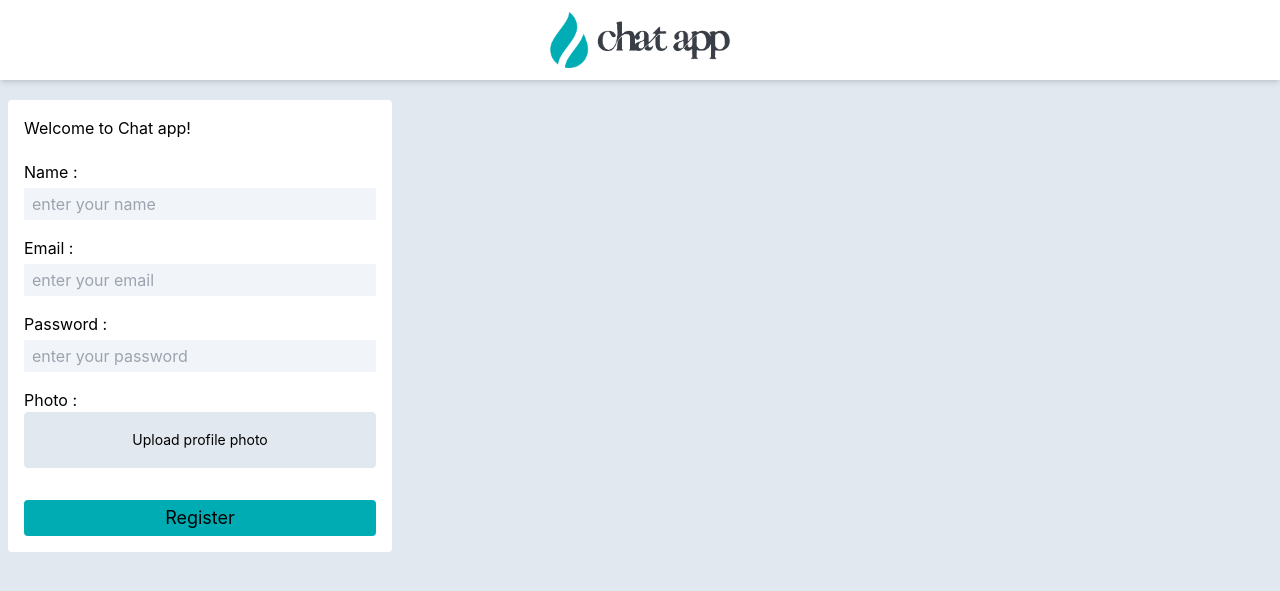
Repository: TharsikanV/chat-app
Page: /register (app in client/)
The author's editor kept a copy of each file at every save. The page is drawn from the files as they stood at one save, then again after a run of saves.
The browser window is 1280 px wide. The pictures show the whole page.
The project was rebuilt for these pictures with package versions that can differ from the ones it lists, and the page was loaded fresh each time. Also part of the build but not shown: client/src/App.css, client/src/pages/Home.js, client/src/components/MessagePage.js. Imported but missing from the stored project, and not drawn on this page: client/src/pages/CheckEmailPage, client/src/pages/CheckPasswordPage.

Above is the page before, as saved 2024-06-16 21:23:04.

### client/src/index.js
import React from 'react';
import ReactDOM from 'react-dom/client';
import './index.css';
import App from './App';
import reportWebVitals from './reportWebVitals';
import { RouterProvider } from 'react-router-dom';
import router from './routes';

const root = ReactDOM.createRoot(document.getElementById('root'));
root.render(
  <React.StrictMode>
    <RouterProvider router={router}>
      <App />
    </RouterProvider>
  </React.StrictMode>
);

// If you want to start measuring performance in your app, pass a function
// to log results (for example: reportWebVitals(console.log))
// or send to an analytics endpoint. Learn more: https://bit.ly/CRA-vitals
reportWebVitals();

### client/src/index.css
@tailwind base;
@tailwind components;
@tailwind utilities;
body {
  margin: 0;
  font-family: -apple-system, BlinkMacSystemFont, 'Segoe UI', 'Roboto', 'Oxygen',
    'Ubuntu', 'Cantarell', 'Fira Sans', 'Droid Sans', 'Helvetica Neue',
    sans-serif;
  -webkit-font-smoothing: antialiased;
  -moz-osx-font-smoothing: grayscale;
  @apply bg-slate-200
}

code {
  font-family: source-code-pro, Menlo, Monaco, Consolas, 'Courier New',
    monospace;
}

### client/src/App.js
import { Outlet } from 'react-router-dom';
import './App.css';

function App() {
  return (
   <main>
    <Outlet/>
   </main>
  );
}

export default App;

### client/src/routes/index.js
import { createBrowserRouter } from "react-router-dom";
import App from "../App";
import RegisterPage from "../pages/RegisterPage";
import CheckEmailPage from "../pages/CheckEmailPage";
import CheckPasswordPage from "../pages/CheckPasswordPage";
import Home from "../pages/Home";
import MessagePage from "../components/MessagePage";
import AuthLayouts from "../layout";

const router=createBrowserRouter([
    {
        path:"/",
        element:<App/>,
        children:[
            {
                path:"register",
                element:<AuthLayouts><RegisterPage/></AuthLayouts>
            },
            {
                path:'email',
                element:<AuthLayouts><CheckEmailPage/></AuthLayouts>
            },
            {
                path:'password',
                element:<AuthLayouts><CheckPasswordPage/></AuthLayouts>
            },
            {
                path:"",
                element:<Home/>,
                children:[
                    {
                        path:':userId',
                        element:<MessagePage/>
                    }
                ]
            }
        ]
    }
])


export default router

### client/src/pages/RegisterPage.js
import React, { useState } from 'react'
import { IoClose } from "react-icons/io5";

const RegisterPage = () => {
  const [data,setData] = useState({
    name : "",
    email : "",
    password : "",
    profile_pic : ""
  })
  const [uploadPhoto,setUploadPhoto] = useState("")
  const handleOnChange = (e)=>{
    const { name, value} = e.target

    setData((preve)=>{
      return{
          ...preve,
          [name] : value
      }
    })
  }

  const handleUploadPhoto=(e)=>{
    const file=e.target.files[0]

    setUploadPhoto(file)
  }

  const handleClearUploadPhoto=(e)=>{
    e.stopPropagation()
    e.preventDefault()
    setUploadPhoto(null)
  }

  const handleSubmit=(e)=>{
    e.preventDefault()
    e.stopPropagation()
  }

  return (
    <div className='mt-5'>
      <div className='bg-white w-full max-w-sm  rounded overflow-hidden p-4 mx-2'>
        <h3>Welcome to Chat app!</h3>
        <form className='grid gap-4 mt-5' onSubmit={handleSubmit}>
        <div  className='flex flex-col gap-1'>
          <label htmlFor='name'>Name :</label>
          <input
            type='text'
            id='name'
            name='name'
            placeholder='enter your name'
            className='bg-slate-100 px-2 py-1 focus:outline-primary'
            value={data.name}
            onChange={handleOnChange}
            required
          />
        </div>
        <div className='flex flex-col gap-1'>
                <label htmlFor='email'>Email :</label>
                <input
                  type='email'
                  id='email'
                  name='email'
                  placeholder='enter your email'
                  className='bg-slate-100 px-2 py-1 focus:outline-primary'
                  value={data.email}
                  onChange={handleOnChange}
                  required
                />
              </div>

              <div className='flex flex-col gap-1'>
                <label htmlFor='password'>Password :</label>
                <input
                  type='password'
                  id='password'
                  name='password'
                  placeholder='enter your password'
                  className='bg-slate-100 px-2 py-1 focus:outline-primary'
                  value={data.password}
                  onChange={handleOnChange}
                  required
                />
              </div>
              <div className='flex flex-col gap-1'>
                <label htmlFor='profile_pic'>Photo :
                <div className='h-14 bg-slate-200 flex justify-center items-center rounded border hover:border-primary cursor-pointer'>
                  <p className='text-sm max-w-[300px] text-ellipsis line-clamp-1'>
                    {
                      uploadPhoto?.name ? uploadPhoto?.name : "Upload profile photo"
                    }
                  </p>
                  {
                    uploadPhoto?.name && (
                      <button className='text-lg ml-2 hover:text-red-600' onClick={handleClearUploadPhoto}>
                        <IoClose/>
                      </button>
                    )
                  }

                </div>
                </label>

                <input
                  type='file'
                  id='profile_pic'
                  name='profile_pic'
                  className='bg-slate-100 px-2 py-1 focus:outline-primary hidden'
                  onChange={handleUploadPhoto}
                />
              </div>

              <button className='bg-primary text-lg px-4 py-1 hover:bg-secondary rounded mt-4'>
                  Register
              </button>
      </form>
      </div>

    </div>
  )
}

export default RegisterPage

### client/src/layout/index.js
import React from 'react'
import logo from '../assets/logo.png'

const AuthLayouts = ({children}) => {
  return (
    <>
        <header className='flex justify-center items-center py-3 h-20 shadow-md bg-white'>
            <img
              src={logo}
              alt='logo'
              width={180}
              height={60}
            />
        </header>
        { children }
    </>
  )
}

export default AuthLayouts

### client/tailwind.config.js
/** @type {import('tailwindcss').Config} */
module.exports = {
  content: [
    "./src/**/*.{js,jsx,ts,tsx}",
  ],
  theme: {
    extend: {
      colors:{
        primary:"#00acb4",
        secondary:"#058187"
      }
    },
  },
  plugins: [],
}

Loaded but not shown: client/public/index.html (common file); client/src/reportWebVitals.js (common file)

After the next 2 saves:
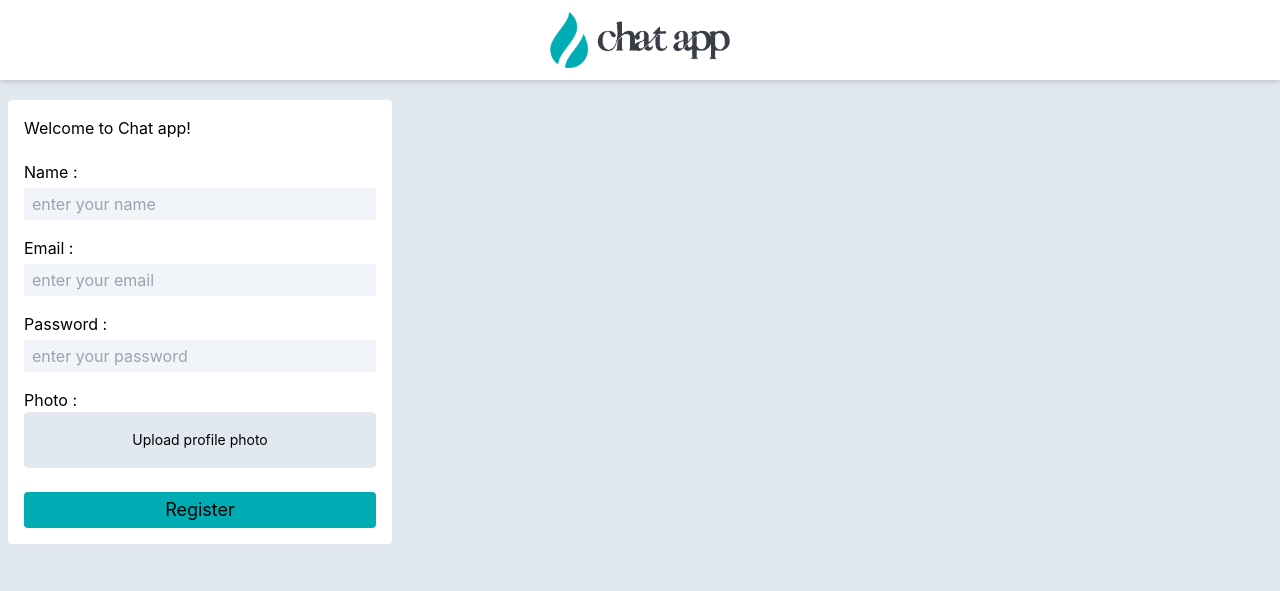
The 2 saves are shown as one change because they came seconds apart.
The last was saved 14 s later.
--- a/client/src/pages/RegisterPage.js
+++ b/client/src/pages/RegisterPage.js
@@ -110,7 +110,7 @@ const RegisterPage = () => {
                 />
               </div>
 
-              <button className='bg-primary text-lg px-4 py-1 hover:bg-secondary rounded mt-4'>
+              <button className='bg-primary text-lg px-4 py-1 hover:bg-secondary rounded mt-2 font'>
                   Register
               </button>
       </form>
